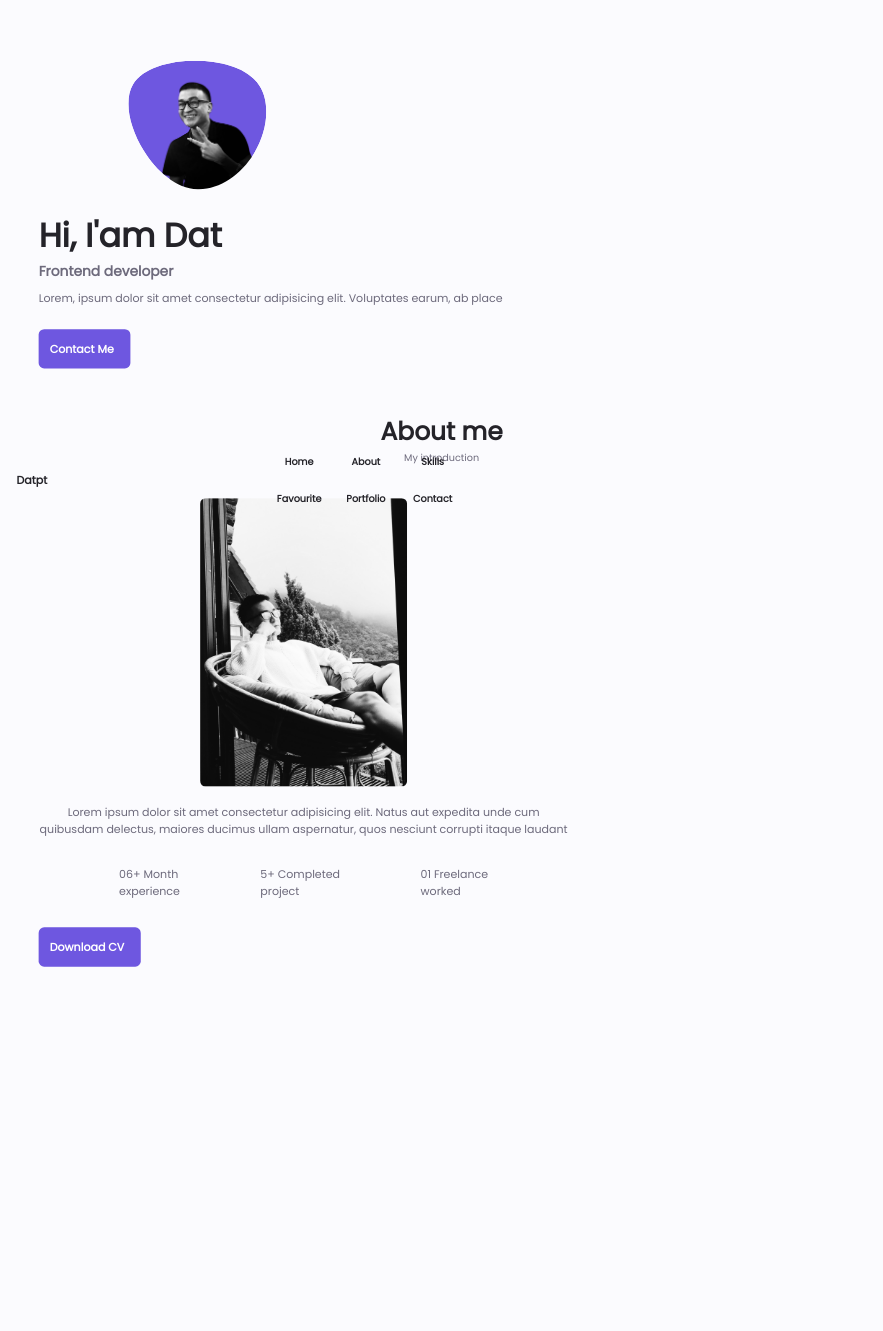
Repository: Datt21/portfolio
Page: index.html
These files come from the project's save history. The page is drawn as it stood at one moment and after the next save; the edit follows.
The browser window is 1280 px wide. The pictures show the whole page, at 69% of full size.
Some icons come from a web library that is not loaded, so they are not drawn.

Above is the page before, as saved 2021-07-10 16:40:47.

### index.html
<!DOCTYPE html>
<html lang="en">
<head>
    <meta charset="UTF-8">
    <meta http-equiv="X-UA-Compatible" content="IE=edge">
    <meta name="viewport" content="width=device-width, initial-scale=1.0">
    <!--============= ICONS ================  -->
    <link rel="stylesheet" href="https://unicons.iconscout.com/release/v4.0.0/css/line.css">

    <!-- ============= SWIPER CSS =============== -->
    <link rel="stylesheet" href="">

    <!-- =============== CSS ========================= -->
    <link rel="stylesheet" href="./Css/style.css">

    <title>Portfolio</title>
</head>
<body>
    <!--============================ HEADER ============================ -->
    <header class="header" id="header">
        <nav class="nav container">
            <a href="#" class="nav__logo">Datpt</a>

            <div class="nav__menu" id="nav-menu">
                <ul class="nav__list grid">
                    <li class="nav__item">
                        <a href="#home" class="nav__link">
                            <i class="uil uil-estate nav__icon"></i>Home
                        </a>
                    </li>
                    <li class="nav__item">
                        <a href="#about" class="nav__link">
                            <i class="uil uil-user nav__icon"></i>About
                        </a>
                    </li>
                    <li class="nav__item">
                        <a href="#skill" class="nav__link">
                            <i class="uil uil-file-alt nav__icon"></i>Skills
                        </a>
                    </li>
                    <li class="nav__item">
                        <a href="#fovourite" class="nav__link">
                            <i class="uil uil-books nav__icon"></i>Favourite
                        </a>
                    </li>
                    <li class="nav__item">
                        <a href="#portfolio" class="nav__link">
                            <i class="uil uil-scenery nav__icon"></i>Portfolio
                        </a>
                    </li>
                    <li class="nav__item">
                        <a href="#contact" class="nav__link">
                            <i class="uil uil-message nav__icon"></i>Contact
                        </a>
                    </li>
                </ul>
                <i class="uil uil-times nav__close" id="nav-close"></i>
            </div>

            <div class="nav__btns">
                <div class="nav__toggle" id="nav-toggle">
                    <i class="uil uil-apps"></i>
                </div>
            </div>
        </nav>
    </header>

     <!--==================== MAIN ====================-->
     <main class="main">
        <!--==================== HOME ====================-->
        <section class="home section" id="home">
            <div class="home__container container grid">
                <div class="home__content grid">
                    <div class="home__social">
                        <a href="https://www.facebook.com/profile.php?id=100043830603950" target="_blank" class="home__social-icon">
                            <i class="uil uil-facebook"></i>
                        </a>
                        <a href="https://t.me/datpt21" target="_blank" class="home__social-icon">
                            <i class="uil uil-telegram-alt"></i>
                        </a>
                        <a href="https://github.com/Datt21" target="_blank" class="home__social-icon">
                            <i class="uil uil-github-alt"></i>
                        </a>
                    </div>

                    <div class="home__img">
                        <svg class="home__blob" viewBox="0 0 200 187" xmlns="http://www.w3.org/2000/svg" xmlns:xlink="http://www.w3.org/1999/xlink">
                            <mask id="mask0" mask-type="alpha">
                                <path d="M190.312 36.4879C206.582 62.1187 201.309 102.826 182.328 134.186C163.346 165.547
                                130.807 187.559 100.226 186.353C69.6454 185.297 41.0228 161.023 21.7403 129.362C2.45775
                                97.8511 -7.48481 59.1033 6.67581 34.5279C20.9871 10.1032 59.7028 -0.149132 97.9666
                                0.00163737C136.23 0.303176 174.193 10.857 190.312 36.4879Z"/>
                            </mask>
                            <g mask="url(#mask0)">
                                <path d="M190.312 36.4879C206.582 62.1187 201.309 102.826 182.328 134.186C163.346
                                165.547 130.807 187.559 100.226 186.353C69.6454 185.297 41.0228 161.023 21.7403
                                129.362C2.45775 97.8511 -7.48481 59.1033 6.67581 34.5279C20.9871 10.1032 59.7028
                                -0.149132 97.9666 0.00163737C136.23 0.303176 174.193 10.857 190.312 36.4879Z"/>

                                <image class="home_blob-img" x='12' y='18 'xlink:href="./images/me.png"/>
                            </g>
                        </svg>

                    </div>

                    <div class="home__data">
                        <h1 class="home__title">Hi, I'am Dat</h1>
                        <h3 class="home_subtitle">Frontend developer</h3>
                        <p class="home_description">Lorem, ipsum dolor sit amet consectetur adipisicing elit.
                            Voluptates earum, ab place</p>
                        <a href="#contact" class="button button--flex">
                            Contact Me<i class="uil uil-message button__icon"></i>
                        </a>
                    </div>
                </div>

                <div class="home_scroll">
                    <a href="#about" class="home__scroll-button button--flex">
                        <i class="uil uil-mouse-alt-2 home__scroll-mouse"></i>
                        <span class="home__scroll-name">Scroll down</span>
                        <i class="uil uil-arrow-down home__scroll-arrow"></i>
                    </a>
                </div>
            </div>
        </section>

        <!--==================== ABOUT ====================-->
        <section class="about section" id="about">
            <h2 class="section__title">About me</h2>
            <span class="section__subtitle">My introduction</span>

            <div class="about__container container grid">
                <img src="./images/me2.jpg" alt="" class="about__img">

                <div class="about-data">
                    <p class="about-decription">Lorem ipsum dolor sit amet consectetur adipisicing elit.
                        Natus aut expedita unde cum quibusdam delectus, maiores ducimus ullam aspernatur, quos nesciunt corrupti itaque laudant</p>

                    <div class="about__info">
                        <div>
                            <span class="about__info-title">06+</span>
                            <span class="about__info-name">Month <br> experience</span>
                        </div>
                        <div>
                            <span class="about__info-title">5+</span>
                            <span class="about__info-name">Completed <br> project</span>
                        </div>
                        <div>
                            <span class="about__info-title">01</span>
                            <span class="about__info-name">Freelance <br> worked</span>
                        </div>
                    </div>

                    <div class="about__buttons">
                        <a download="" href="./pdf/LeTienDat_CV.pdf" class="button button--flex">
                            Download CV <i class="uil uil-download-alt button__icon"></i>
                        </a>
                    </div>
                </div>
            </div>


        </section>

        <!--==================== SKILLS ====================-->
        <section class="skills section" id="skills">


        </section>

        <!--==================== QUALIFICATION ====================-->
        <section class="qualification section">


        </section>

        <!--==================== SERVICES ====================-->
        <section class="services section" id="services">


        </section>

        <!--==================== PORTFOLIO ====================-->
        <section class="portfolio section" id="portfolio">


        </section>

        <!--==================== PROJECT IN MIND ====================-->
        <section class="project section">


        </section>

        <!--==================== TESTIMONIAL ====================-->
        <section class="testimonial section">


        </section>

        <!--==================== CONTACT ME ====================-->
        <section class="contact section" id="contact">


        </section>
    </main>

    <!--==================== FOOTER ====================-->
    <footer class="footer">


    </footer>

    <!--==================== SCROLL TOP ====================-->


    <!--==================== SWIPER JS ====================-->
    <script src=""></script>

    <!-- =================== JS ======================= -->
    <script src="./JS/main.js"></script>
</body>
</html>

### Css/style.css
/* ========================= GOOGLE FONTS ========================= */
@import url('https://fonts.googleapis.com/css2?family=Poppins&display=swap');

/*========================= VARIABLES CSS ==========================*/
:root{
    --header-height: 3rem;

    /* ---COLORS----- */
    --hue-color: 250;
    --first-color: hsl(var(--hue-color), 69%, 61%);
    --first-color-second: hsl(var(--hue-color), 69%, 61%);
    --first-color-alt: hsl(var(--hue-color), 57%, 53%);
    --first-color-lighter: hsl(var(--hue-color), 92%, 85%);
    --title-color:hsl(var(--hue-color), 8%, 15%);
    --text-color: hsl(var(--hue-color), 8%, 45%);
    --text-color-light: hsl(var(--hue-color), 8%, 65%);
    --input-color: hsl(var(--hue-color), 70%, 96%);
    --body-color: hsl(var(--hue-color), 60%, 99%);
    --container-color: #fff;

    /* --- FONT & SIZES */
    --body-font: 'Poppins', sans-serif;

    --font-semi-bold: 700;
    --font-medium: 600;

    --big-font-size: 2rem;
    --h1-font-size: 1.5rem;
    --h2-font-size: 1.25rem;
    --h3-font-size: 1.125rem;
    --normal-font-size: .938rem;
    --small-font-size: .813rem;
    --smaller-font-size: .75rem;

    /* --- MARGIN BOTTOM */
    --mb-0-25: .25rem;
    --mb-0-5: .5rem;
    --mb-0-75: .75rem;
    --mb-1: 1rem;
    --mb-1-5: 1.5rem;
    --mb-2: 2rem;
    --mb-2-5: 2.5rem;
    --mb-3: 3rem;

    /* Z INDEX */
    --z-tooltip: 10;
    --z-fixed: 100;
    --z-modal: 1000;

}

/* Font size for large devices */
@media screen and (min-width: 968px){
    :root {
        --big-font-size: 3rem;
        --h1-font-size: 2.25rem;
        --h2-font-size: 1.5rem;
        --h3-font-size: 1.25rem;
        --normal-font-size: 1rem;
        --small-font-size: .875rem;
        --smaller-font-size: .813rem;
    }

}

/*====================== Variables Dark Theme ===================  */

/*====================== Button Dark/Light  ===================  */

/*====================== BASE ========================= */
*{
    box-sizing: border-box;
    padding: 0;
    margin: 0;
}

html{
    scroll-behavior: smooth;
}

body{
    margin: 0 0 var(--header-height) 0;
    font-family: var(--body-font);
    font-size: var(--normal-font-size);
    background-color: var(--body-color);
    color: var(--text-color);
}

h1,h2,h3,h4{
    color: var(--title-color);
    font-weight: var(--font-semi-bold)
}

ul{
    list-style: none;
}

a{
    text-decoration: none;
}

img{
    max-width: 100%;
    height: auto;
}

/*========================= set section - css classes ====================  */
.section{
    padding: 2rem;
}

.section__title{
    font-size: var(--h1-font-size);
}

.section__subtitle{
    display: block;
    font-size: var(--small-font-size);
    margin-bottom: var(--mb-3);
}

.section__title,
.section__subtitle{
    text-align: center;
}

/* ===================== LAYOUT ============================== */
.container{
    max-width: 768px;
    margin-left: var(--mb-1-5);
    margin-right: var(--mb-1-5);
}

.grid{
    display: grid;
    gap: 1.5rem;
}

.header{
    width: 100%;
    position: fixed;
    bottom: 0;
    left: 0;
    z-index: var(--z-fixed);
    background-color: var(--body-color);
}

/* ===================== NAV ==================== */
.nav{
    max-width: 968px;
    height: var(--header-height);
    display: flex;
    justify-content:space-between;
    align-items: center;
}

.nav__logo,
.nav__toggle{
    color: var(--title-color);
    font-weight: var(--font-medium);
}

.nav__logo:hover{
    color: var(--first-color);
}

.nav__toggle{
    font-size: 1.1rem;
    cursor: pointer;
}

.nav__toggle:hover{
    color: var(--first-color);
}

@media screen and (max-width: 767px) {
    .nav__menu{
        position: fixed;
        bottom: -100%;
        left: 0;
        width: 100%;
        background-color: var(--body-color);
        padding: 2rem 1.5rem 4rem;
        box-shadow: 0 -1px 4px rgb(0,0,0, .15 );
        border-radius: 1.5rem 1.5rem 0 0;
        transition:0.3s;
    }
}

.nav__list{
    grid-template-columns: repeat(3,1fr);
    gap: 2rem;
}

.nav__link{
    display: flex;
    flex-direction: column;
    align-items: center;
    font-size: var(--small-font-size);
    color: var(--title-color);
    font-weight: var(--font-medium);
}

.nav__link:hover{
    color: var(--first-color);
}

.nav__icon{
    font-size: 1.2rem;
}

.nav__close{
    position: absolute;
    right: 1.3rem;
    bottom: .5rem;
    font-size: 1.5rem;
    cursor: pointer;
    color: var(--first-color);
}

.nav__close:hover{
    color: var(--first-color-alt);
}

/* -----show menu ---------- */
.show-menu{
    bottom: 0;
}

/*==================== HOME ====================*/
.home__container{
    gap: 1rem;
}

.home__content{
    grid-template-columns: .5fr 3fr;
    padding-top: 3.5rem;
    align-items: center;
}

.home__social{
    display: grid;
    grid-template-columns: max-content;
    row-gap: 1rem;
}

.home__social-icon{
    font-size: 1.25rem;
    color: var(--first-color);
}

.home__social-icon:hover{
    color: var(--first-color-alt);
    transform: scale(1.2);
}

.home__blob{
    width: 200px;
    fill: var(--first-color);
}

.home_blob-img{
    width: 170px;
}

.home__data{
    grid-column: 1/3;
}

.home__title{
    font-size: var(--big-font-size);
}

.home_subtitle{
    font-size: var(--h3-font-size);
    color: var(--text-color);
    font-weight: var(--font-medium);
    margin-bottom: var(--mb-0-75);
}

.home_description{
    margin-bottom: var(--mb-2);
}

.home_scroll{
    display: none;
}

.home__scroll-button{
    color: var(--first-color);
    transition: 0.3s;
}

.home__scroll-button:hover{
    transform: translateY(0.25rem);
}

.home__scroll-mouse{
    font-size: 2rem;
}

.home__scroll-name{
    font-size: var(--small-font-size);
    color: var(--title-color);
    font-weight: var(--font-medium);
    margin-right: var(--mb-0-25);
}

.home__scroll-arrow{
    font-size: 1.25rem;
}

/*==================== BUTTONS ====================*/
.button{
    display: inline-block;
    background-color: var(--first-color);
    color: #fff;
    padding: 1rem;
    border-radius: .5rem;
    font-weight: var(--font-medium);
}

.button:hover{
    background-color: var(--first-color-alt);
}

.button__icon{
    font-size: 1.25rem;
    margin-left: var(--mb-0-5);
    transition: 0.3s;
}

.button--flex{
    display: inline-flex;
    align-items: center;
}



/*==================== ABOUT ====================*/
.about__img{
    border-radius: .5rem;
    width: 300px;
    justify-self: center;
    align-self: center;
}

.about-decription{
    text-align: center;
    margin-bottom: var(--mb-2-5);
}

.about__info{
    display: flex;
    justify-content: space-evenly;
    margin-bottom: var(--mb-2-5);
}
/*==================== SKILLS ====================*/


/*==================== QUALIFICATION ====================*/


/*==================== SERVICES ====================*/


/* Active Modal */


/*==================== PORTFOLIO ====================*/


/*==================== PROJECT IN MIND ====================*/


/*==================== TESTIMONIAL ====================*/


/*==================== CONTACT ME ====================*/


/*==================== FOOTER ====================*/


/*========== SCROLL UP ==========*/


/* Show scroll */


/*========== SCROLL BAR ==========*/


/*==================== MEDIA QUERIES ====================*/
/* For small devices */


/* For medium devices */


/* For large devices */

### JS/main.js
/*================= Menu show Y hidden ================= */
const navMenu = document.getElementById('nav-menu'),
      navToggle = document.getElementById('nav-toggle'),
      navClose = document.getElementById('nav-close')

/*======== Menu show =========*/
/* validate if constant exists */
if(navToggle){
    navToggle.addEventListener('click', () =>{
        navMenu.classList.add('show-menu')
    })
}

/*======== Menu hidden =========*/
/* validate if constant exists */
if(navClose){
    navClose.addEventListener('click', () =>{
        navMenu.classList.remove('show-menu')
    })
}

/*==================== REMOVE MENU MOBILE ====================*/
const navLink = document.querySelectorAll('.nav__link')

function linkAction() {
    const navMenu = document.getElementById('nav-menu')
    //khi click vao moi link,thi menu duoc an di
    navMenu.classList.remove('show-menu')
}
navLink.forEach(n => n.addEventListener('click', linkAction))

/*==================== ACCORDION SKILLS ====================*/


/*==================== QUALIFICATION TABS ====================*/


/*==================== SERVICES MODAL ====================*/


/*==================== PORTFOLIO SWIPER  ====================*/


/*==================== TESTIMONIAL ====================*/


/*==================== SCROLL SECTIONS ACTIVE LINK ====================*/


/*==================== CHANGE BACKGROUND HEADER ====================*/


/*==================== SHOW SCROLL UP ====================*/


/*==================== DARK LIGHT THEME ====================*/

After the next save:
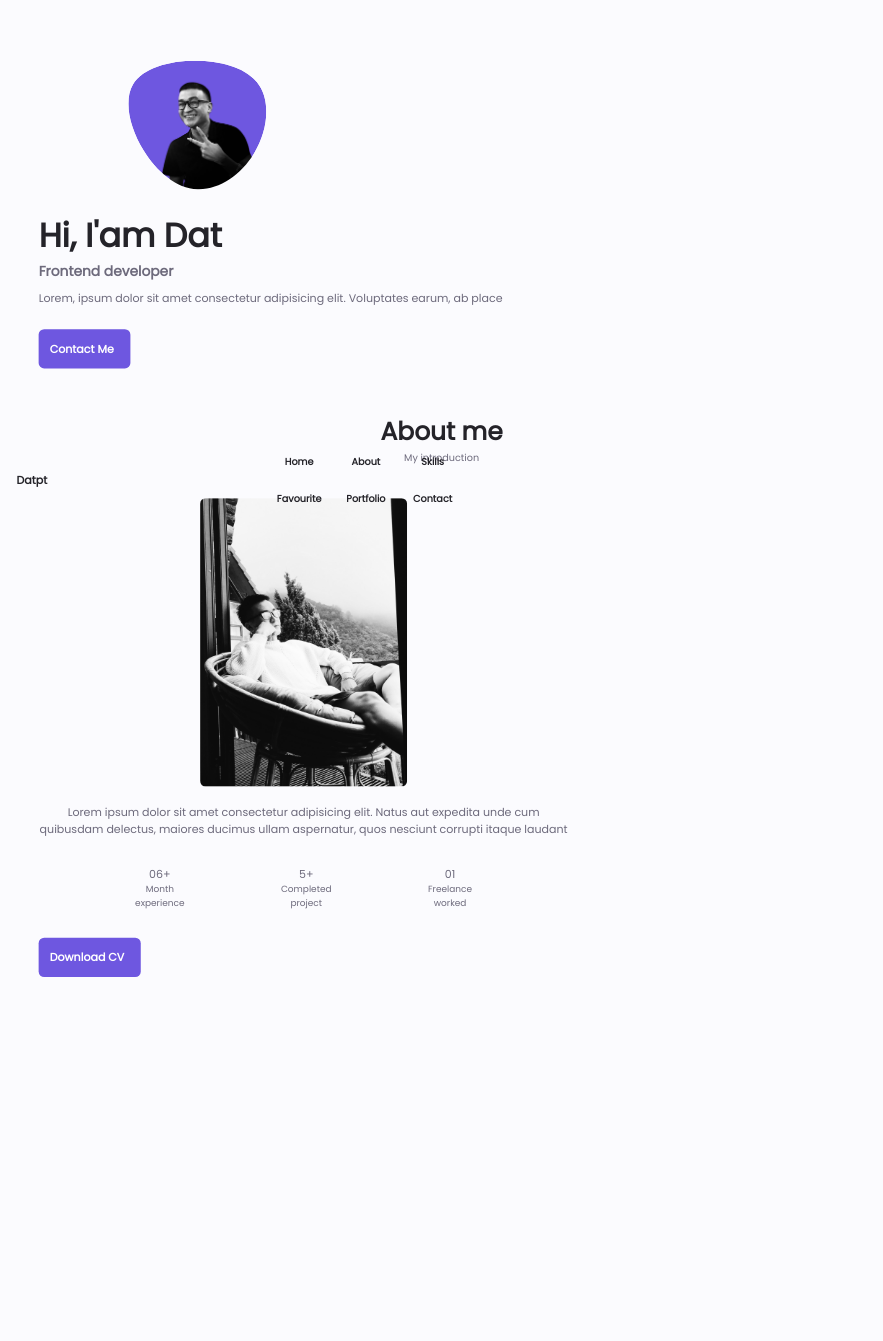
Saved 74 s later.
--- a/Css/style.css
+++ b/Css/style.css
@@ -355,6 +355,24 @@ img{
     justify-content: space-evenly;
     margin-bottom: var(--mb-2-5);
 }
+
+.about__info-name{
+    font-size: var(--smaller-font-size);
+}
+
+.about__info-title,
+.about__info-name{
+    display: block;
+    text-align: center;
+}
+
+
+
+
+
+
+
+
 /*==================== SKILLS ====================*/
 
 
